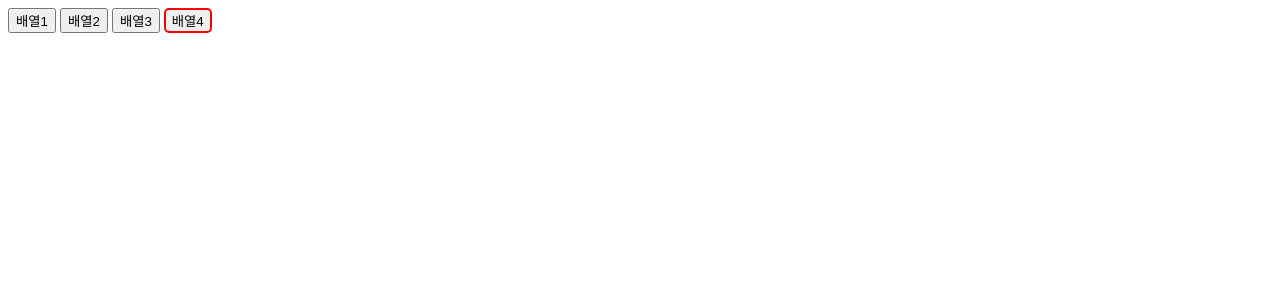
Repository: baeyoomi/version
Page: web/src/main/webapp/array1.html
These files come from the project's save history. The page is drawn as it stood at one moment and after the next save; the edit follows.
The browser window is 1280 px wide. The pictures show the whole page.

Above is the page before, as saved 2023-08-09 03:02:43.

After the next save:
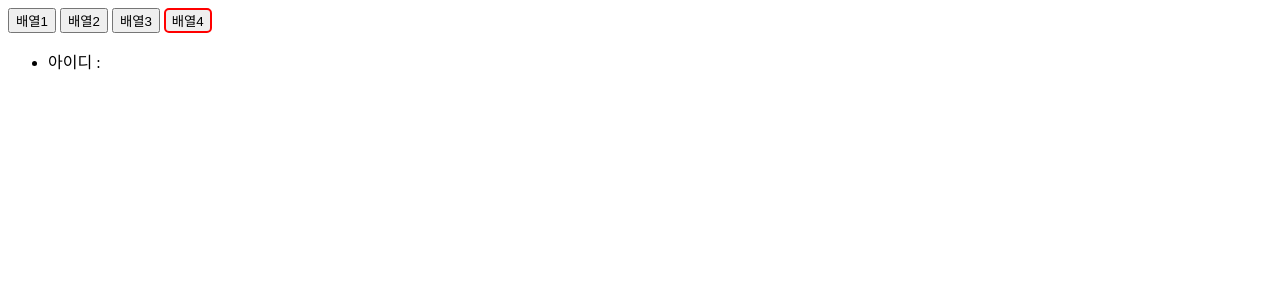
Saved 31 s later.
--- a/web/src/main/webapp/array1.html
+++ b/web/src/main/webapp/array1.html
@@ -5,6 +5,7 @@
 <title>배열구조 생성법 및 콘솔출력 1</title>
 </head>
 <body>
+
 <input type="button" value="배열1" onclick="aaa()">
 <input type="button" value="배열2" onclick="bbb()">
 <input type="button" value="배열3" onclick="ccc()">
@@ -12,7 +13,12 @@
 <!--가장 많이 쓰임, 중요함 (join할때 쓰임)-->
 <input type="button" value="배열4" onclick="ddd()" style="border: 2px solid red; border-radius: 5px;">
 
-<div id="box"></div>
+<div id="box">
+	<ul>
+		<li>아이디 : </li>
+	</ul>
+</div>
+
 </body>
 <script>
 	var html = document.getElementById("box");

After the save that followed:
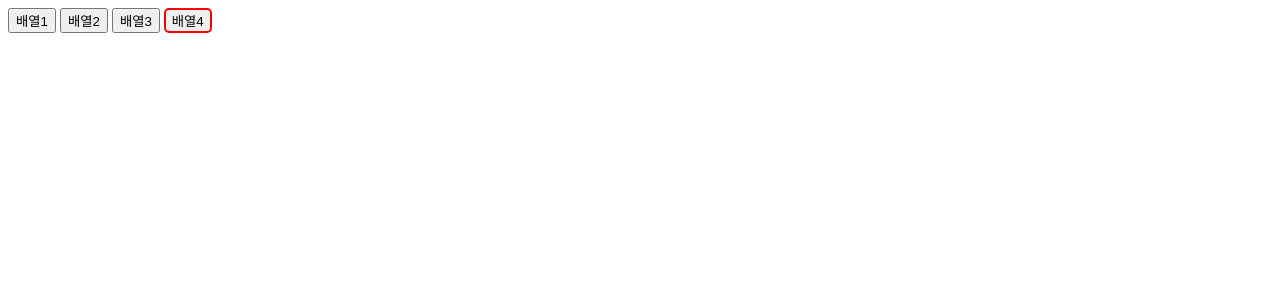
Saved 24 s later.
--- a/web/src/main/webapp/array1.html
+++ b/web/src/main/webapp/array1.html
@@ -14,9 +14,13 @@
 <input type="button" value="배열4" onclick="ddd()" style="border: 2px solid red; border-radius: 5px;">
 
 <div id="box">
+	<!--
 	<ul>
 		<li>아이디 : </li>
+		<li>고객명 : </li>
+		<li>나이 : </li>
 	</ul>
+	-->
 </div>
 
 </body>
